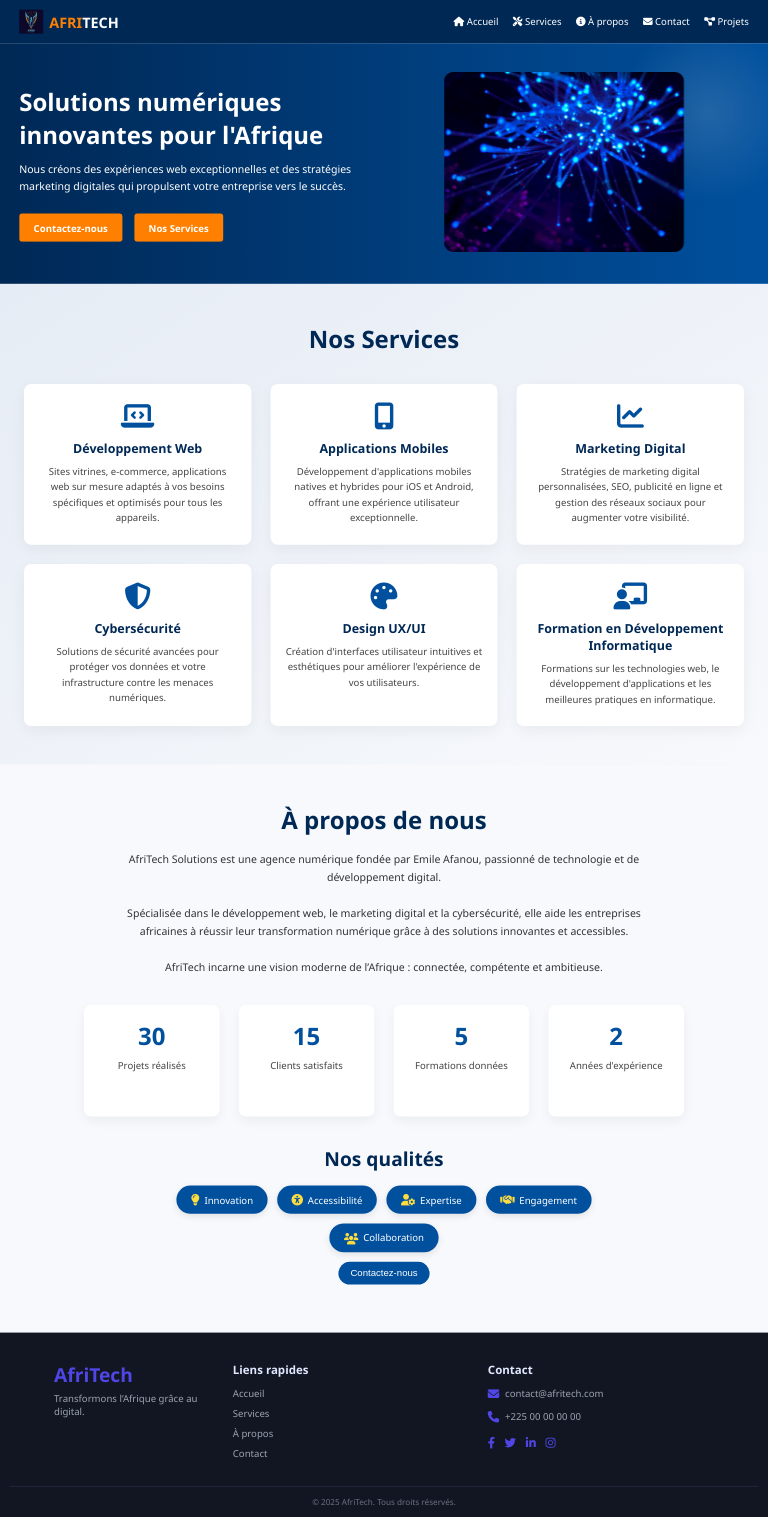
Repository: prestige225/AFRITECH
Page: index.html
These files come from the project's save history. The page is drawn as it stood at one moment and after the next save; the edit follows.
The browser window is 1280 px wide. The pictures show the whole page, at 60% of full size.

Above is the page before, as saved 2025-07-16 03:56:44.

### index.html

<!DOCTYPE html>
<html lang="en">
<head>
    <meta charset="UTF-8">
    <meta name="viewport" content="width=device-width, initial-scale=1.0">
    <!-- Font Awesome CDN -->
<link rel="stylesheet" href="https://cdnjs.cloudflare.com/ajax/libs/font-awesome/6.4.0/css/all.min.css">
    <link rel="stylesheet" href="style.css">

    <title>AFRITECH</title>
</head>
<body>
    <header>
        <div class="logo">
            <img src="image/logo.jpg" alt="AfanouTech Logo">
            <h1><span>AFRI</span>TECH</h1>
        </div>

         <!-- Bouton hamburger visible sur mobile -->
  <div class="menu-toggle" id="menu-toggle">
    <i class="fas fa-bars"></i>
  </div>


       <nav>
  <ul>
    <li><a href="index.html"><i class="fas fa-home"></i> Accueil</a></li>
    <li><a href="service.html"><i class="fas fa-tools"></i> Services</a></li>
    <li><a href="about.html"><i class="fas fa-info-circle"></i> À propos</a></li>
    <li><a href="#" id="openModalLink"><i class="fas fa-envelope"></i> Contact</a></li>

    <li><a href="projet.html"><i class="fas fa-project-diagram"></i> Projets</a></li>
  </ul>
</nav>

    </header>

<!-- hero -->
 <section class="hero">
    <div class="hero-content">
        <h1>Solutions numériques innovantes pour l'Afrique</h1>

        <p>Nous créons des expériences web exceptionnelles et des stratégies marketing digitales qui propulsent votre entreprise vers le succès.</p>
        <a href="contact.html" class="btn">Contactez-nous</a>
        <a href="#" class="btn">Nos Services</a>

    </div>
    <div class="hero-image">
        <img src="image/emile.jpg" alt="Image d'accueil">
    </div>

    <div class="couleurpassante en design">

    </div>

 </section>


 <!-- SECTION SERVICES -->
  <section id="services" class="services-section">
            <h2>Nos Services</h2>
    <div class="services">

        <div class="service-item">
            <i class="fas fa-laptop-code"></i>
            <h3>Développement Web</h3>
            <p>Sites vitrines, e-commerce, applications web sur mesure adaptés à vos besoins spécifiques et optimisés pour tous les appareils.</p>
        </div>
        <div class="service-item">
            <i class="fas fa-mobile-alt"></i>
            <h3>Applications Mobiles</h3>
            <p>Développement d'applications mobiles natives et hybrides pour iOS et Android, offrant une expérience utilisateur exceptionnelle.</p>
        </div>
        <div class="service-item">
            <i class="fas fa-chart-line"></i>
            <h3>Marketing Digital</h3>
            <p>Stratégies de marketing digital personnalisées, SEO, publicité en ligne et gestion des réseaux sociaux pour augmenter votre visibilité.</p>
        </div>
        <div class="service-item">
            <i class="fas fa-shield-alt"></i>
            <h3>Cybersécurité</h3>
            <p>Solutions de sécurité avancées pour protéger vos données et votre infrastructure contre les menaces numériques.</p>
        </div>
        <div class="service-item">
            <i class="fas fa-palette"></i>
            <h3>Design UX/UI</h3>
            <p>Création d'interfaces utilisateur intuitives et esthétiques pour améliorer l'expérience de vos utilisateurs.</p>
        </div>

        <div class="service-item">
            <i class="fas fa-chalkboard-teacher"></i>
            <h3>Formation en Développement Informatique</h3>
            <p>Formations sur les technologies web, le développement d'applications et les meilleures pratiques en informatique.</p>
            </div>
    </div>
  </section>
<!-- SECTION apropos -->
<section id="about" class="about-section">
  <h2>À propos de nous</h2>
  <p>
    AfriTech Solutions est une agence numérique fondée par Emile Afanou, passionné de technologie et de développement digital.<br><br>
    Spécialisée dans le développement web, le marketing digital et la cybersécurité, elle aide les entreprises africaines à réussir leur transformation numérique grâce à des solutions innovantes et accessibles.<br><br>
    AfriTech incarne une vision moderne de l’Afrique : connectée, compétente et ambitieuse.
  </p>

  <!-- COMPTEURS -->
  <div class="counters">
    <div class="counter-box">
      <span class="counter" data-target="30">0</span>
      <p>Projets réalisés</p>
    </div>
    <div class="counter-box">
      <span class="counter" data-target="15">0</span>
      <p>Clients satisfaits</p>
    </div>
    <div class="counter-box">
      <span class="counter" data-target="5">0</span>
      <p>Formations données</p>
    </div>
    <div class="counter-box">
      <span class="counter" data-target="2">0</span>
      <p>Années d'expérience</p>
    </div>
  </div>

  <!-- NOS QUALITÉS -->
  <div class="nos-qualites">
    <h3>Nos qualités</h3>
    <ul>
      <li><i class="fas fa-lightbulb"></i> Innovation</li>
      <li><i class="fas fa-universal-access"></i> Accessibilité</li>
      <li><i class="fas fa-user-cog"></i> Expertise</li>
      <li><i class="fas fa-handshake"></i> Engagement</li>
      <li><i class="fas fa-users"></i> Collaboration</li>
    </ul>
  </div>


  <!-- Bouton pour ouvrir la modale -->
<button id="openModalBtn" class="open-modal-btn">Contactez-nous</button>

<!-- Modale -->
<div id="contactModal" class="modal">
  <div class="modal-content">
    <span id="closeModalBtn" class="close-btn">&times;</span>
    <h2>Contactez-nous</h2>
    <form action="https://formspree.io/f/mabcxyz" method="POST">
      <input type="text" name="name" placeholder="Votre nom" required autocomplete="off" />
      <input type="email" name="email" placeholder="Votre email" required autocomplete="off" />
      <textarea name="message" rows="5" placeholder="Votre message" required></textarea>
      <button type="submit" class="btn">Envoyer</button>
    </form>
  </div>
</div>
</section>




<footer class="footer">
  <div class="footer-container">
    <div class="footer-brand">
      <h2>AfriTech</h2>
      <p>Transformons l’Afrique grâce au digital.</p>
    </div>
    <div class="footer-links">
      <h4>Liens rapides</h4>
      <ul>
        <li><a href="#">Accueil</a></li>
        <li><a href="#">Services</a></li>
        <li><a href="#">À propos</a></li>
        <li><a href="#">Contact</a></li>
      </ul>
    </div>
    <div class="footer-contact">
      <h4>Contact</h4>
      <p><i class="fas fa-envelope"></i> contact@afritech.com</p>
      <p><i class="fas fa-phone"></i> +225 00 00 00 00</p>
      <div class="social-icons">
        <a href="#" aria-label="Facebook"><i class="fab fa-facebook-f"></i></a>
        <a href="#" aria-label="Twitter"><i class="fab fa-twitter"></i></a>
        <a href="#" aria-label="LinkedIn"><i class="fab fa-linkedin-in"></i></a>
        <a href="#" aria-label="Instagram"><i class="fab fa-instagram"></i></a>
      </div>
    </div>
  </div>
  <div class="footer-bottom">
    <p>© 2025 AfriTech. Tous droits réservés.</p>
  </div>
</footer>


    <script src="index.js"></script>

    <!--  -->
</body>



</html>

### style.css

/* ========== RESET ========== */
* {
  margin: 0;
  padding: 0;
  box-sizing: border-box;
}

/* ========== GLOBAL ========== */
body {
  font-family: 'Segoe UI', sans-serif;
  background-color: #f4f4f4;
  color: #333;
}

/* ========== HEADER ========== */
header {
  background-color: #002855;
  color: white;
  padding: 1rem 2rem;
  display: flex;
  justify-content: space-between;
  align-items: center;
  flex-wrap: wrap;
  position: relative;
}

/* Logo */
.logo {
  display: flex;
  align-items: center;
  gap: 10px;
}

.logo img {
  width: 40px;
  height: 40px;
}

.logo h1 {
  font-size: 1.5rem;
  font-weight: bold;
}

.logo span {
  color: #ff8000;
}

/* Navigation */
nav ul {
  list-style: none;
  display: flex;
  gap: 1.5rem;
}

nav a {
  color: white;
  text-decoration: none;
  font-weight: 500;
  transition: 0.3s;
}

nav a:hover {
  color: #ff8000;
}

/* Hamburger button */
.menu-toggle {
  display: none;
  font-size: 1.8rem;
  color: white;
  cursor: pointer;
}

/* ========== RESPONSIVE ========== */
@media (max-width: 768px) {
  nav {
    width: 100%;
  }

  nav ul {
    flex-direction: column;
    background-color: #002855;
    position: absolute;
    top: 100%;
    left: 0;
    right: 0;
    display: none;
    padding: 1rem;
    z-index: 10;
  }

  nav ul.active {
    display: flex;
  }

  .menu-toggle {
    display: block;
  }
}
/* 🎯 SECTION HERO MODERNE */
.hero {
  display: flex;
  flex-wrap: wrap;
  align-items: center;
  justify-content: space-between;
  padding: 3rem 2rem;
  background: linear-gradient(to right, #002855, #00509e);
  color: white;
  position: relative;
  overflow: hidden;
}

/* Contenu texte */
.hero-content {
  flex: 1 1 50%;
  max-width: 600px;
  z-index: 1;
}

.hero-content h1 {
  font-size: 2.5rem;
  margin-bottom: 1rem;
}

.hero-content p {
  font-size: 1.1rem;
  margin-bottom: 2rem;
  line-height: 1.6;
}

/* Boutons */
.hero-content .btn {
  display: inline-block;
  background-color: #ff8000;
  color: white;
  padding: 0.8rem 1.5rem;
  margin-right: 1rem;
  border-radius: 5px;
  text-decoration: none;
  font-weight: bold;
  transition: background 0.3s ease;
}

.hero-content .btn:hover {
  background-color: #e67300;
}

/* Image d’accueil */
.hero-image {
  flex: 1 1 40%;
  text-align: center;
  z-index: 1;
}

.hero-image img {
  width: 100%;
  max-width: 400px;
  height: auto;
  border-radius: 15px;
}

/* Effet décoratif de fond (couleurpassante) */
.couleurpassante {
  position: absolute;
  top: -50px;
  right: -50px;
  width: 300px;
  height: 300px;
  background: radial-gradient(circle, #ffffff22, transparent 70%);
  border-radius: 50%;
  animation: flotter 10s infinite alternate;
  z-index: 0;
}

/* Animation douce */
@keyframes flotter {
  0% {
    transform: translateY(0) rotate(0deg);
  }
  100% {
    transform: translateY(20px) rotate(20deg);
  }
}

/* 📱 Responsive */
@media (max-width: 768px) {
  .hero {
    flex-direction: column;
    text-align: center;
  }

  .hero-content, .hero-image {
    flex: 1 1 100%;
    max-width: 100%;
  }

  .hero-content h1 {
    font-size: 2rem;
  }

  .hero-content p {
    font-size: 1rem;
  }

  .hero-content .btn {
    margin-bottom: 1rem;
  }
}


/* ========== SECTION SERVICES ========== */
.services-section {
  padding: 4rem 2rem;
  background: linear-gradient(to bottom right, #e6ecf5, #f7f9fc);
  text-align: center;
}

.services-section h2 {
  font-size: 2.5rem;
  margin-bottom: 3rem;
  color: #002855;
  font-weight: 700;
}

/* Container de toutes les cartes */
.services {
  display: grid;
  grid-template-columns: repeat(auto-fit, minmax(280px, 1fr));
  gap: 2rem;
  max-width: 1200px;
  margin: 0 auto;
}

/* Style individuel des services */
.service-item {
  background-color: #ffffff;
  border-radius: 12px;
  padding: 2rem 1.5rem;
  box-shadow: 0 8px 25px rgba(0, 0, 0, 0.05);
  transition: transform 0.3s ease, box-shadow 0.3s ease;
}

.service-item:hover {
  transform: translateY(-8px);
  box-shadow: 0 12px 30px rgba(0, 0, 0, 0.1);
}

/* Icône */
.service-item i {
  font-size: 2.8rem;
  color: #00509e;
  margin-bottom: 1rem;
}

/* Titre */
.service-item h3 {
  font-size: 1.3rem;
  margin-bottom: 0.8rem;
  color: #002855;
  font-weight: 600;
}

/* Paragraphe */
.service-item p {
  font-size: 1rem;
  line-height: 1.6;
  color: #444;
}


/* ===== SECTION À PROPOS ===== */
.about-section {
  padding: 4rem 2rem;
  text-align: center;
  background: #f7f9fc;
}

.about-section h2 {
  font-size: 2.5rem;
  color: #002855;
  margin-bottom: 1.5rem;
}

.about-section p {
  max-width: 900px;
  margin: 0 auto 3rem;
  font-size: 1.1rem;
  line-height: 1.8;
  color: #333;
}

/* ===== SECTION À PROPOS ===== */
.about-section {
  padding: 4rem 2rem;
  text-align: center;
  background: #f7f9fc;
  font-family: 'Segoe UI', Tahoma, Geneva, Verdana, sans-serif;
}

.about-section h2 {
  font-size: 2.5rem;
  color: #002855;
  margin-bottom: 1.5rem;
  font-weight: 700;
}

.about-section p {
  max-width: 900px;
  margin: 0 auto 3rem;
  font-size: 1.1rem;
  line-height: 1.7;
  color: #333;
}

.about-section {
  padding: 4rem 2rem;
  text-align: center;
  background: #f7f9fc;
  font-family: 'Segoe UI', Tahoma, Geneva, Verdana, sans-serif;
}

.about-section h2 {
  font-size: 2.5rem;
  color: #002855;
  margin-bottom: 1.5rem;
  font-weight: 700;
}

.about-section p {
  max-width: 900px;
  margin: 0 auto 3rem;
  font-size: 1.1rem;
  line-height: 1.7;
  color: #333;
}

/* Compteurs */
.counters {
  display: grid;
  grid-template-columns: repeat(auto-fit, minmax(160px, 1fr));
  gap: 2rem;
  max-width: 1000px;
  margin: 0 auto 3rem;
}

.counter-box {
  background: #fff;
  border-radius: 12px;
  padding: 1.5rem;
  box-shadow: 0 8px 20px rgba(0, 0, 0, 0.05);
  transition: transform 0.3s ease;
}

.counter-box:hover {
  transform: translateY(-5px);
}

.counter {
  font-size: 2.5rem;
  font-weight: 700;
  color: #00509e;
  display: block;
}

.counter-box p {
  margin-top: 0.5rem;
  font-size: 1rem;
  color: #444;
}

/* Nos qualités */
.nos-qualites {
  margin-top: 3rem;
  max-width: 800px;
  margin-left: auto;
  margin-right: auto;
  text-align: center;
}

.nos-qualites h3 {
  font-size: 2rem;
  color: #002855;
  margin-bottom: 1.5rem;
  font-weight: 700;
}

.nos-qualites ul {
  list-style: none;
  padding: 0;
  display: flex;
  flex-wrap: wrap;
  justify-content: center;
  gap: 1rem;
}

.nos-qualites li {
  background-color: #00509e;
  color: #fff;
  padding: 0.8rem 1.5rem;
  border-radius: 25px;
  font-size: 1rem;
  font-weight: 500;
  box-shadow: 0 4px 12px rgba(0, 0, 0, 0.1);
  display: flex;
  align-items: center;
  gap: 0.5rem;
  transition: background 0.3s ease;
}

.nos-qualites li:hover {
  background-color: #003f7f;
}

.nos-qualites li i {
  color: #ffdd40;
  font-size: 1.2rem;
}

/* Responsive */
@media (max-width: 768px) {
  .about-section h2 {
    font-size: 2rem;
  }

  .about-section p {
    font-size: 1rem;
    padding: 0 1rem;
  }

  .counter {
    font-size: 2rem;
  }

  .counter-box p {
    font-size: 0.95rem;
  }

  .nos-qualites li {
    font-size: 0.95rem;
    padding: 0.7rem 1.2rem;
  }
}

@media (max-width: 480px) {
  .counters {
    grid-template-columns: 1fr;
  }

  .nos-qualites ul {
    flex-direction: column;
    gap: 1rem;
  }

  .nos-qualites li {
    justify-content: center;
  }
}


/* Bouton pour ouvrir la modale */
.open-modal-btn {
  padding: 10px 20px;
  background-color: #00509e;
  color: white;
  border: none;
  border-radius: 25px;
  cursor: pointer;
  font-size: 1rem;
  margin: 2rem auto;
  display: block;
}

.open-modal-btn:hover {
  background-color: #003f7f;
}

/* Bouton ouvrir modale */
.open-modal-btn {
  padding: 10px 20px;
  background-color: #00509e;
  color: white;
  border: none;
  border-radius: 25px;
  cursor: pointer;
  font-size: 1rem;
  display: inline-block;
  margin: 1rem auto;
}

.open-modal-btn:hover {
  background-color: #003f7f;
}

/* Modale masquée par défaut */
.modal {
  display: none;
  position: fixed;
  z-index: 10000;
  top: 0; left: 0;
  width: 100vw;
  height: 100vh;
  background-color: rgba(0,0,0,0.7);
  justify-content: center;
  align-items: center;
  padding: 1rem;
}

/* Afficher modale */
.modal.show {
  display: flex;
}

/* Contenu modale */
.modal-content {
  background-color: #fff;
  border-radius: 10px;
  max-width: 500px;
  width: 100%;
  padding: 2rem;
  position: relative;
  box-shadow: 0 0 15px rgba(0,0,0,0.3);
  animation: fadeInScale 0.3s ease forwards;
}

@keyframes fadeInScale {
  from {opacity: 0; transform: scale(0.9);}
  to {opacity: 1; transform: scale(1);}
}

.modal-content h2 {
  color: #003f7f;
  margin-bottom: 1rem;
  text-align: center;
}

.modal-content form {
  display: flex;
  flex-direction: column;
  gap: 1rem;
}

input, textarea {
  padding: 1rem;
  font-size: 1rem;
  border-radius: 8px;
  border: 1px solid #ccc;
  outline: none;
  font-family: inherit;
  transition: border-color 0.3s ease;
}

input:focus, textarea:focus {
  border-color: #00509e;
}

button.btn {
  background-color: #00509e;
  color: white;
  padding: 0.9rem;
  font-weight: 600;
  border: none;
  border-radius: 25px;
  cursor: pointer;
  font-size: 1rem;
  transition: background-color 0.3s ease;
}

button.btn:hover {
  background-color: #003f7f;
}

/* Bouton fermer modale */
.close-btn {
  position: absolute;
  top: 15px;
  right: 15px;
  font-size: 1.8rem;
  color: #777;
  cursor: pointer;
  transition: color 0.3s ease;
}

.close-btn:hover {
  color: #000;
}

/* Responsive */
@media (max-width: 600px) {
  .modal-content {
    padding: 1.5rem;
  }
}

.footer {
  background: #121623;
  color: #d1d5db;
  padding: 3rem 1rem 1rem;
  font-family: 'Segoe UI', Tahoma, Geneva, Verdana, sans-serif;
}

.footer-container {
  max-width: 1100px;
  margin: 0 auto;
  display: flex;
  flex-wrap: wrap;
  gap: 3rem;
  justify-content: space-between;
}

.footer-brand h2 {
  font-size: 2rem;
  color: #4f46e5; /* violet doux */
  margin-bottom: 0.5rem;
  font-weight: 700;
}

.footer-brand p {
  font-size: 1rem;
  color: #9ca3af;
  max-width: 250px;
}

.footer-links,
.footer-contact {
  flex: 1 1 220px;
}

.footer-links h4,
.footer-contact h4 {
  font-size: 1.2rem;
  color: #e0e7ff;
  margin-bottom: 1rem;
  font-weight: 600;
}

.footer-links ul {
  list-style: none;
  padding: 0;
}

.footer-links ul li {
  margin-bottom: 0.7rem;
}

.footer-links ul li a {
  color: #9ca3af;
  text-decoration: none;
  transition: color 0.3s ease;
  font-weight: 500;
}

.footer-links ul li a:hover {
  color: #4f46e5;
}

.footer-contact p {
  display: flex;
  align-items: center;
  gap: 0.6rem;
  margin-bottom: 1rem;
  font-weight: 500;
  color: #9ca3af;
}

.footer-contact i {
  color: #4f46e5;
  font-size: 1.2rem;
}

.social-icons {
  display: flex;
  gap: 1rem;
  margin-top: 0.5rem;
}

.social-icons a {
  color: #9ca3af;
  font-size: 1.4rem;
  transition: color 0.3s ease;
}

.social-icons a:hover {
  color: #4f46e5;
}

/* Footer bas */
.footer-bottom {
  margin-top: 2rem;
  text-align: center;
  border-top: 1px solid #2e2e48;
  padding-top: 1rem;
  font-size: 0.85rem;
  color: #6b7280;
}

/* Responsive */
@media (max-width: 768px) {
  .footer-container {
    flex-direction: column;
    gap: 2rem;
    text-align: center;
  }

  .footer-brand p {
    margin: 0 auto;
  }

  .footer-links,
  .footer-contact {
    flex: unset;
  }

  .social-icons {
    justify-content: center;
  }
}

### index.js

// script.js

// Récupération des éléments
const toggleBtn = document.getElementById("menu-toggle");
const navMenu = document.querySelector("nav ul");

// Écoute du clic sur le bouton menu
toggleBtn.addEventListener("click", () => {
  navMenu.classList.toggle("active");
});


const counters = document.querySelectorAll('.counter');

  counters.forEach(counter => {
    const updateCount = () => {
      const target = +counter.getAttribute('data-target');
      const count = +counter.innerText;
      const speed = 100; // Plus petit = plus rapide

      const increment = Math.ceil(target / speed);

      if (count < target) {
        counter.innerText = count + increment;
        setTimeout(updateCount, 30);
      } else {
        counter.innerText = target;
      }
    };

    updateCount();
  });


  const openModalBtn = document.getElementById('openModalBtn');
const modal = document.getElementById('contactModal');
const closeModalBtn = document.getElementById('closeModalBtn');

openModalBtn.addEventListener('click', () => {
  modal.classList.add('show');
});

closeModalBtn.addEventListener('click', () => {
  modal.classList.remove('show');
});

window.addEventListener('click', (e) => {
  if (e.target === modal) {
    modal.classList.remove('show');
  }
});

// Fermer avec la touche ESC
window.addEventListener('keydown', (e) => {
  if (e.key === 'Escape' && modal.classList.contains('show')) {
    modal.classList.remove('show');
  }
});

After the next save:
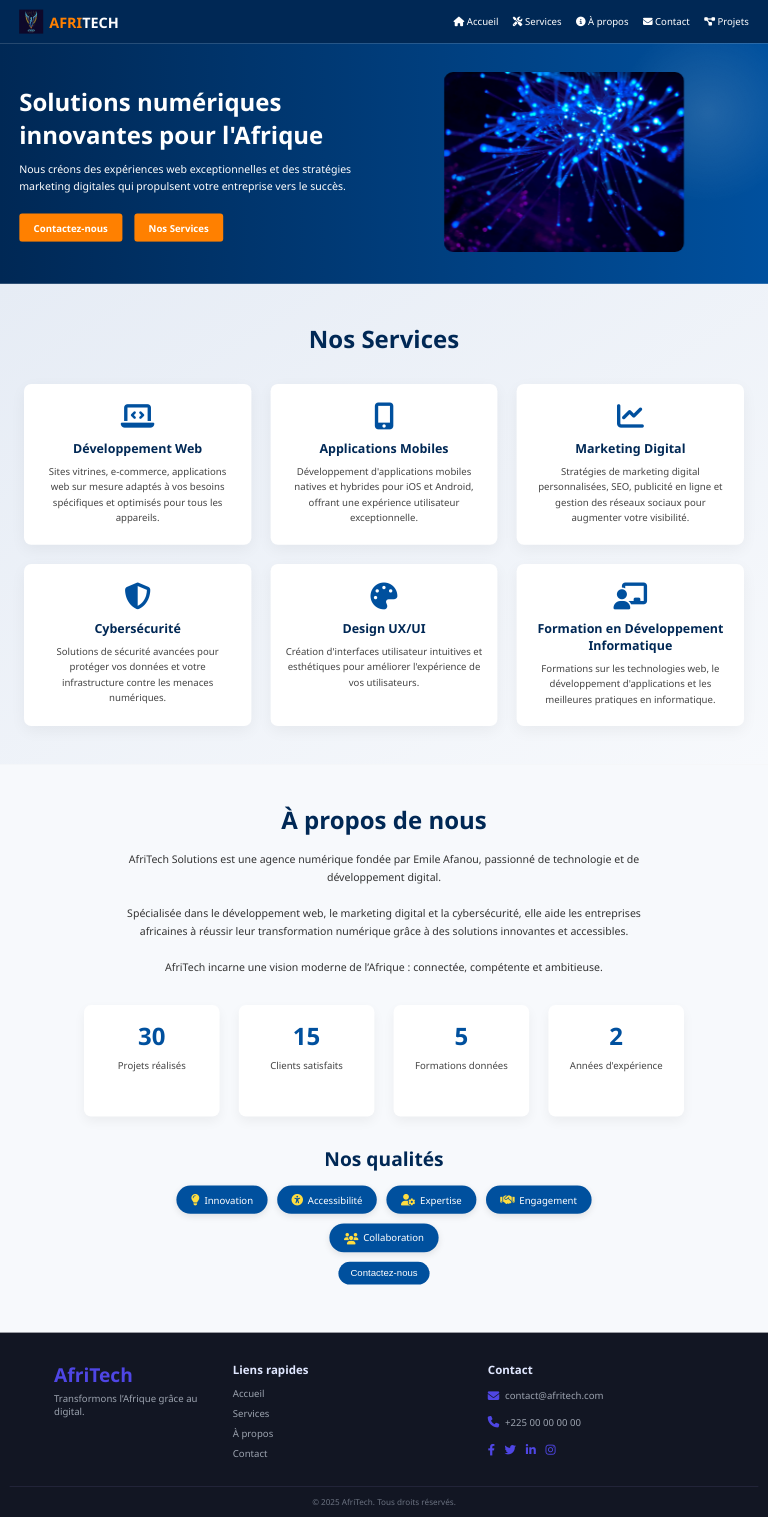
Saved 2 min 42 s later.
--- a/style.css
+++ b/style.css
@@ -715,3 +715,13 @@ button.btn:hover {
     justify-content: center;
   }
 }
+.footer-contact p {
+  display: flex;
+  align-items: center; /* aligne verticalement icône + texte */
+  gap: 0.6rem;
+  margin-bottom: 1rem;
+  font-weight: 500;
+  color: #9ca3af;
+  justify-content: flex-start; /* texte et icône alignés à gauche */
+  min-height: 28px; /* assure une hauteur fixe pour alignement */
+}
